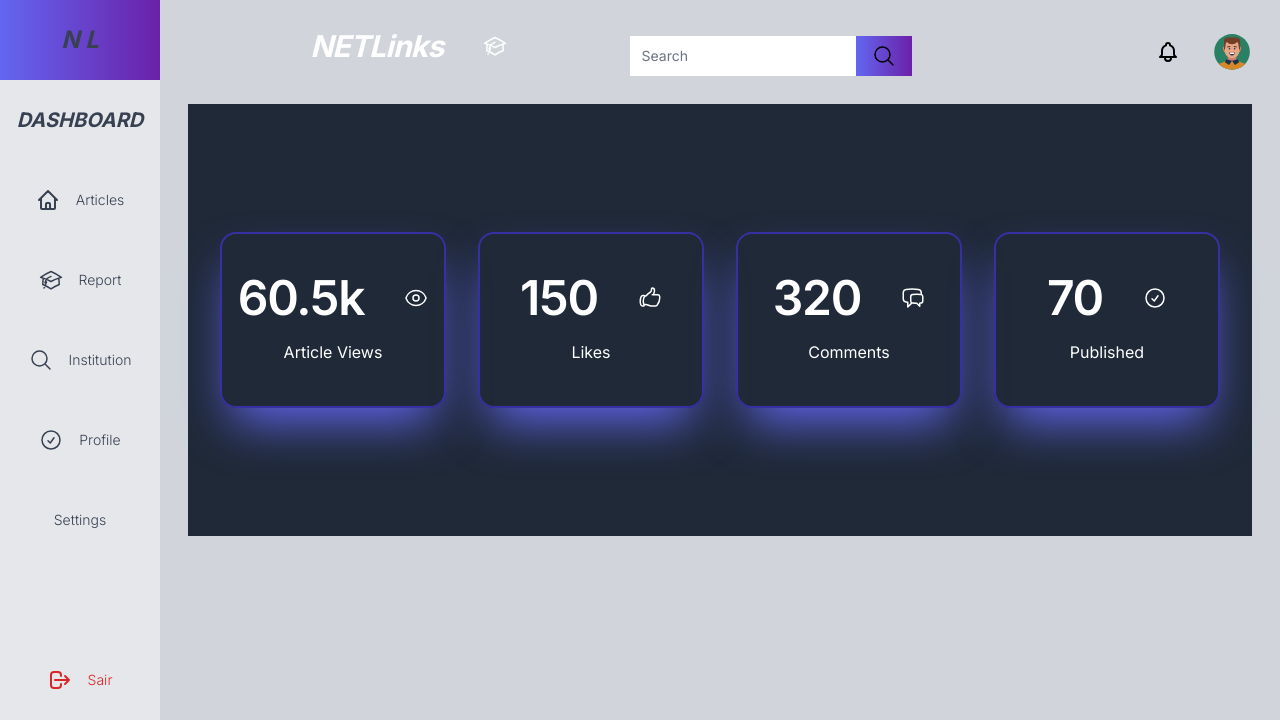
Repository: KennedyWanderson/AdminDashboard
Page: / (app in Code/admindashboard/)
An editor plug-in stored every save of this project. The page is shown before and after the next save, followed by the edit.
The browser window is 1280 px wide. The pictures show the whole page.
The project was rebuilt for these pictures with package versions that can differ from the ones it lists, and the page was loaded fresh each time. The framework's server and built-in components were replaced by stand-ins that run in the browser. Also part of the build but not shown: Code/admindashboard/next.config.mjs.

Above is the page before, as saved 2024-06-26 20:15:22.

After the next save:
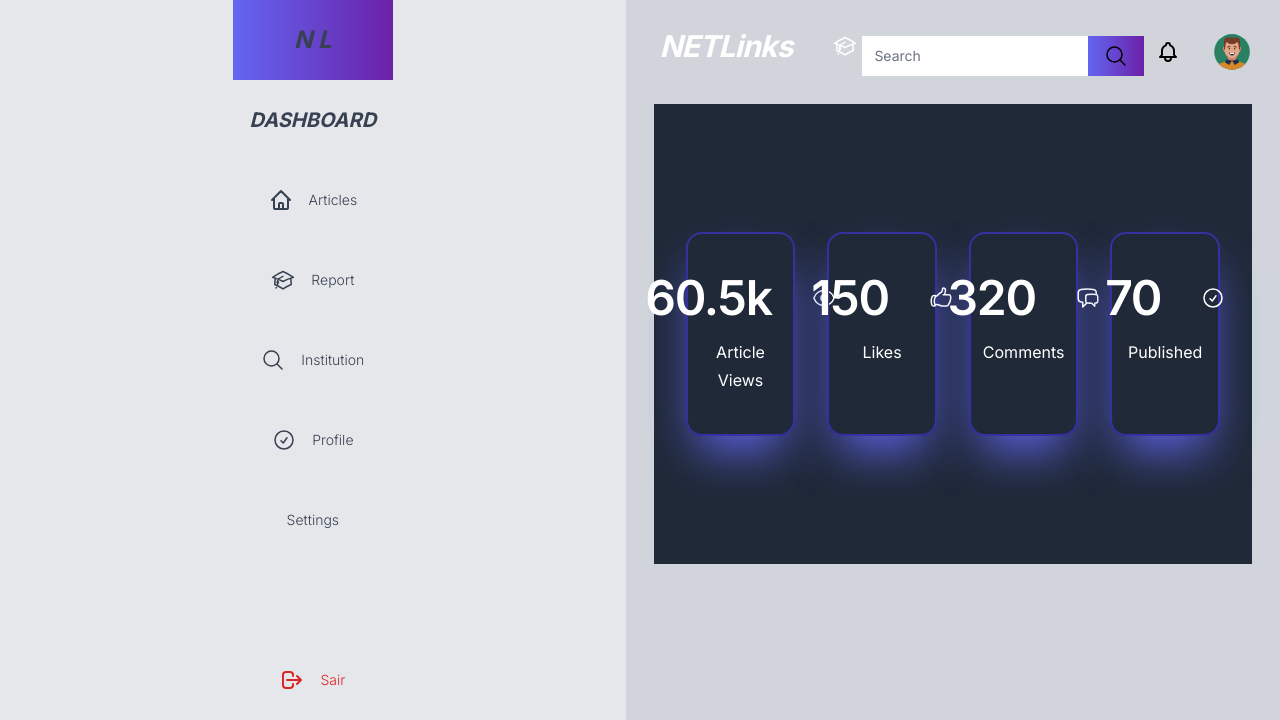
Saved 21 s later.
--- a/Code/admindashboard/src/components/LateralMenu.jsx
+++ b/Code/admindashboard/src/components/LateralMenu.jsx
@@ -6,7 +6,7 @@
 export default function LateralMenu({ setActiveComponent }) {
     return (
         <aside className={`
-            flex flex-col items-center
+            flex flex-col items-center w-full
             bg-gray-200 text-gray-700
             dark:bg-gray-900
         `}>

After the save that followed:
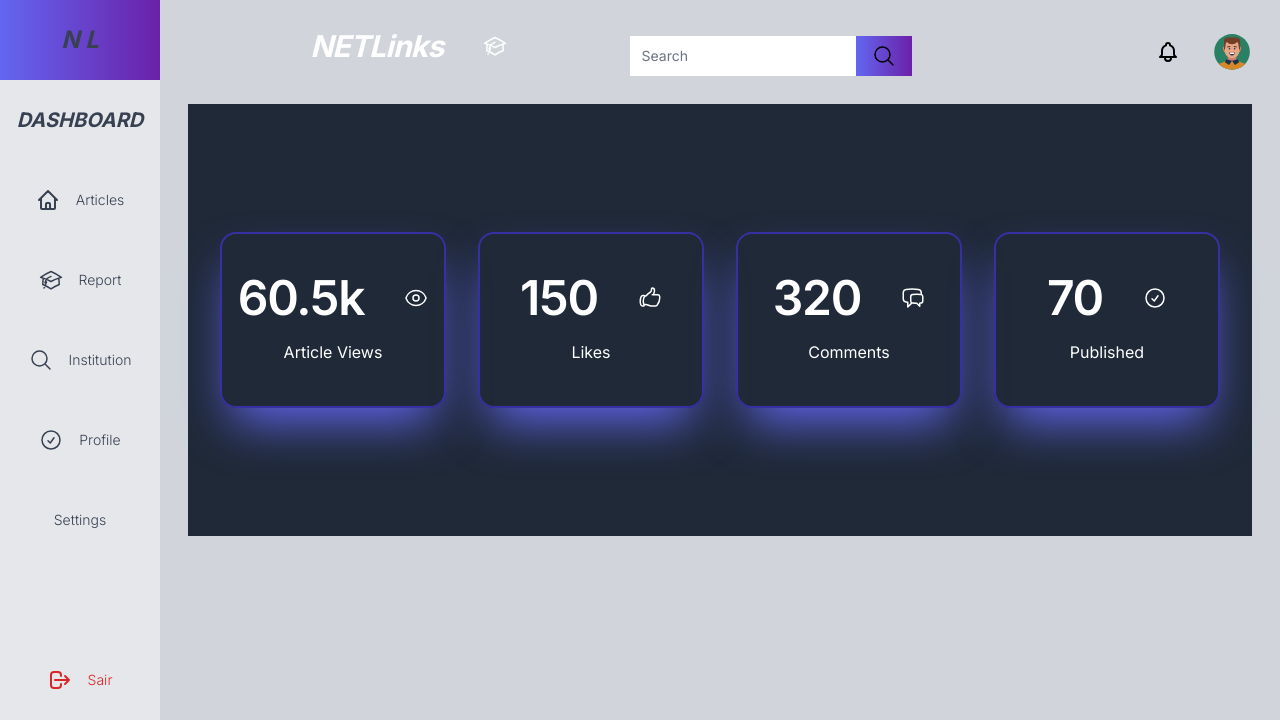
Saved 6 s later.
--- a/Code/admindashboard/src/components/LateralMenu.jsx
+++ b/Code/admindashboard/src/components/LateralMenu.jsx
@@ -6,7 +6,7 @@
 export default function LateralMenu({ setActiveComponent }) {
     return (
         <aside className={`
-            flex flex-col items-center w-full
+            flex flex-col items-center
             bg-gray-200 text-gray-700
             dark:bg-gray-900
         `}>
